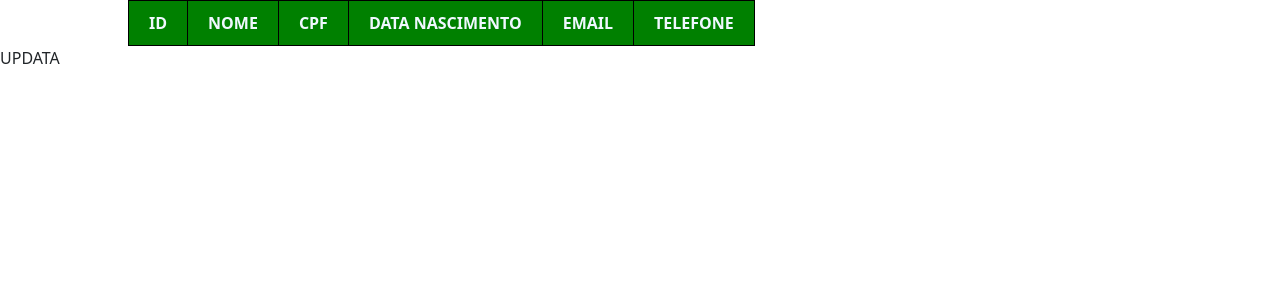
Repository: ujota/crud-cliente
Page: api-clientes/front/html/cliente.html
An editor plug-in stored every save of this project. The page is shown before and after the next save, followed by the edit.
The browser window is 1280 px wide. The pictures show the whole page.
The page's requests for data from a server got no answer.

Above is the page before, as saved 2022-10-03 19:21:01.

### api-clientes/front/html/cliente.html
<!DOCTYPE html>
<html lang="en">
<head>
    <meta charset="UTF-8">
    <meta http-equiv="X-UA-Compatible" content="IE=edge">
    <meta name="viewport" content="width=device-width, initial-scale=1.0">
    <title>Cliente</title>
    <link href="https://cdn.jsdelivr.net/npm/bootstrap@5.2.1/dist/css/bootstrap.min.css" rel="stylesheet" integrity="sha384-iYQeCzEYFbKjA/T2uDLTpkwGzCiq6soy8tYaI1GyVh/UjpbCx/TYkiZhlZB6+fzT" crossorigin="anonymous">
    <link rel="stylesheet" href="../css/cliente.css">
</head>
<body>
    <form action="#">
        <div id="body"></div>
		<div id="updata">UPDATA</div>
    </form>
</body>
    <script src="../scripts/cliente.js"></script>
    <script src="https://cdn.jsdelivr.net/npm/bootstrap@5.2.1/dist/js/bootstrap.bundle.min.js" integrity="sha384-u1OknCvxWvY5kfmNBILK2hRnQC3Pr17a+RTT6rIHI7NnikvbZlHgTPOOmMi466C8" crossorigin="anonymous"></script>
</html>

### api-clientes/front/css/cliente.css
table{
    margin-left:10%;
    text-align: center;
    border-collapse: collapse;
    border-spacing: 0;
}
th{
    background-color: green;
    color: aliceblue;
}
th, td{
    text-transform: uppercase;
    border: 1px solid black;
    padding: 10px 20px;
}
td{
    background-color: azure;
}

### api-clientes/front/scripts/cliente.js
let table = document.createElement('table');


document.getElementById('body').appendChild(table);


let row_1 = document.createElement('tr');

let heading_1 = document.createElement('th');
heading_1.innerHTML = "ID";
let heading_2 = document.createElement('th');
heading_2.innerHTML = "Nome";
let heading_3 = document.createElement('th');
heading_3.innerHTML = "CPF";
let heading_4 = document.createElement('th');
heading_4.innerHTML = "Data Nascimento";
let heading_5 = document.createElement('th');
heading_5.innerHTML = "Email";
let heading_6 = document.createElement('th');
heading_6.innerHTML = "Telefone";

row_1.appendChild(heading_1);
row_1.appendChild(heading_2);
row_1.appendChild(heading_3);
row_1.appendChild(heading_4);
row_1.appendChild(heading_5);
row_1.appendChild(heading_6);
table.appendChild(row_1);

// let row_2 = document.createElement('tr');
// let row_2_data_1 = document.createElement('td');
// row_2_data_1.innerHTML = "1.";
// let row_2_data_2 = document.createElement('td');
// row_2_data_2.innerHTML = "João Pedro";
// let row_2_data_3 = document.createElement('td');
// row_2_data_3.innerHTML = "1997-01-31";
// let row_2_data_4 = document.createElement('td');
// row_2_data_4.innerHTML = "43495488820";
// let row_2_data_5 = document.createElement('td');
// row_2_data_5.innerHTML = "joao.silveerio@gmail.com";
// let row_2_data_6 = document.createElement('td');
// row_2_data_6.innerHTML = "11972247142";

// row_2.appendChild(row_2_data_1);
// row_2.appendChild(row_2_data_2);
// row_2.appendChild(row_2_data_3);
// row_2.appendChild(row_2_data_4);
// row_2.appendChild(row_2_data_5);
// row_2.appendChild(row_2_data_6);
// table.appendChild(row_2);







var my_headers = new Headers();
my_headers.append("Content-type", "application/json");


var requestOptions = {
	method: 'GET',
	headers: my_headers,
	redirect : 'follow'

};

fetch("http://localhost:8080/cliente",
requestOptions).then(reponse =>
    reponse.json())
	.then(result => {
        result.forEach((item, index, array)=>{
			let row_2 = document.createElement('tr');
			let row_2_data_1 = document.createElement('td');
			row_2_data_1.innerHTML = item["id"];
			let row_2_data_2 = document.createElement('td');
			row_2_data_2.innerHTML = item["nome"];
			let row_2_data_3 = document.createElement('td');
			row_2_data_3.innerHTML = item["cpf"];
			let row_2_data_4 = document.createElement('td');
			row_2_data_4.innerHTML = item["dataNascimento"];
			let row_2_data_5 = document.createElement('td');
			row_2_data_5.innerHTML = item["email"];
			let row_2_data_6 = document.createElement('td');
			row_2_data_6.innerHTML = item["telefone"];




			row_2.appendChild(row_2_data_1);
			row_2.appendChild(row_2_data_2);
			row_2.appendChild(row_2_data_3);
			row_2.appendChild(row_2_data_4);
			row_2.appendChild(row_2_data_5);
			row_2.appendChild(row_2_data_6);
			table.appendChild(row_2);

          })
		})
		.catch(error => alert(error))

After the next save:
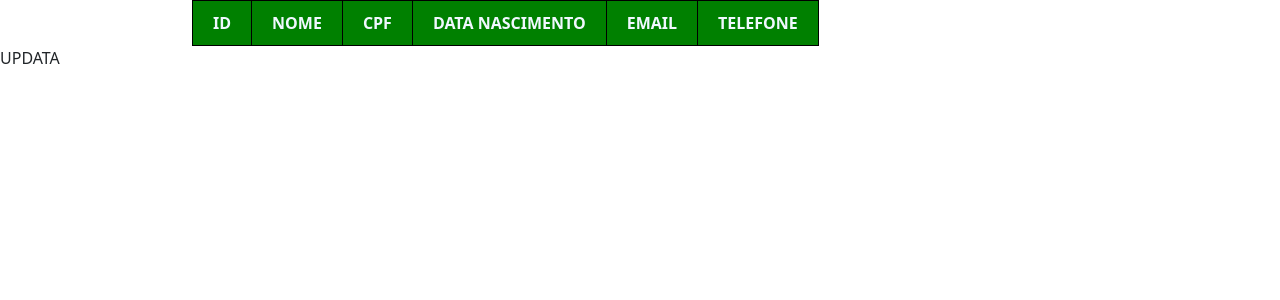
Saved 5 s later.
--- a/api-clientes/front/css/cliente.css
+++ b/api-clientes/front/css/cliente.css
@@ -1,5 +1,5 @@
 table{
-    margin-left:10%;
+    margin-left:15%;
     text-align: center;
     border-collapse: collapse;
     border-spacing: 0;
